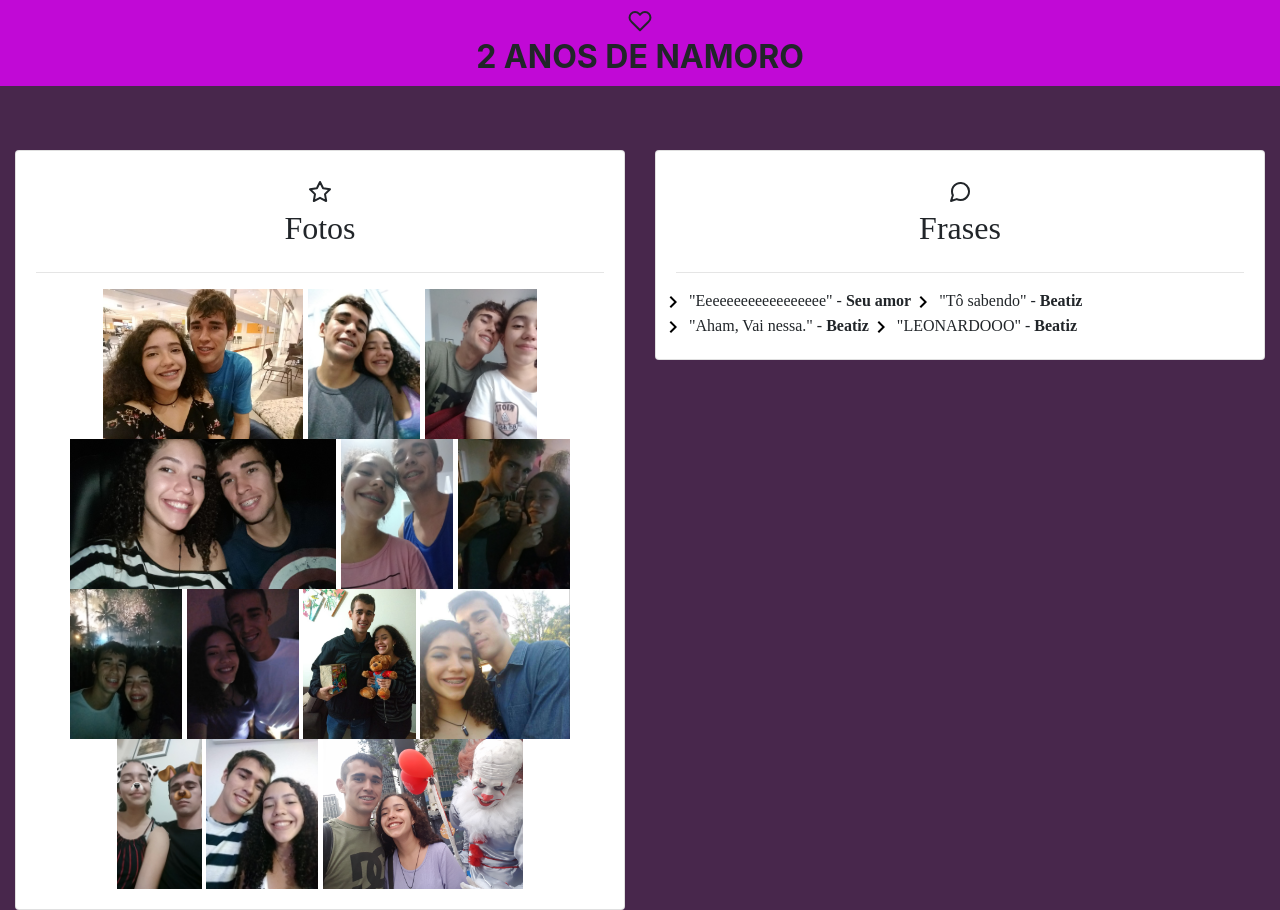
Repository: MeuAmor/meuamor.github.io
Page: index.html
These files come from the project's save history. The page is drawn as it stood at one moment and after the next save; the edit follows.
The browser window is 1280 px wide. The pictures show the whole page.

Above is the page before, as saved 2019-08-20 23:21:31.

### index.html
<!DOCTYPE html>
<html lang="pt">
<head>
  <title>2 ANOS</title>
  <meta charset="utf-8">
  <meta name="viewport" content="width=device-width, initial-scale=1">
  <link rel="stylesheet" href="assets/css/bootstrap4.1/bootstrap.min.css">
  <script src="assets/js/jquery.3.3.1.min.js"></script>
  <script src="assets/js/bootstrap4.1/popper.min.js"></script>
	<script src="assets/js/bootstrap4.1/bootstrap.min.js"></script>
	<!-- <style>
			hr {
				margin-top: 1rem;
				margin-bottom: 1rem;
				border: 5;
				border-top: 1px solid rgba(0, 0, 0, 0.1);
			}
		</style> -->
</head>
<body class="container-fluid">


	<div class="row" style="background:#c109d6">
		<div class="col-md-12 text-left">
			<h2>
                <!-- <svg xmlns="http://www.w3.org/2000/svg" width="24" height="24" viewBox="0 0 24 24" fill="none" stroke="currentColor"
                        stroke-width="2" stroke-linecap="round" stroke-linejoin="round" class="feather feather-heart">
                    <path d="M20.84 4.61a5.5 5.5 0 0 0-7.78 0L12 5.67l-1.06-1.06a5.5 5.5 0 0 0-7.78 7.78l1.06 1.06L12 21.23l7.78-7.78 1.06-1.06a5.5 5.5 0 0 0 0-7.78z"/>
                </svg> -->
                <div class="text-center">

                    <svg xmlns="http://www.w3.org/2000/svg" width="24" height="24" viewBox="0 0 24 24" fill="none" stroke="currentColor"
                            stroke-width="2" stroke-linecap="round" stroke-linejoin="round" class="feather feather-heart">
                        <path d="M20.84 4.61a5.5 5.5 0 0 0-7.78 0L12 5.67l-1.06-1.06a5.5 5.5 0 0 0-7.78 7.78l1.06 1.06L12 21.23l7.78-7.78 1.06-1.06a5.5 5.5 0 0 0 0-7.78z"/>
                    </svg>
                </div>
                <div class="text-center" >

                    <b>2 ANOS DE NAMORO </b>
                </div>
            </h2>
		</div>
		<div class="col-md-6 " id="redes_sociais">
			<!-- <a style="margin:10px;" class="btn btn-info btn-xs float-right" href="http://www.linkedin.com/in/leonardo-bernardes-da-silva-a8869b132">
				<svg xmlns="http://www.w3.org/2000/svg" width="24" height="24" viewBox="0 0 24 24" fill="none" stroke="currentColor" stroke-width="2" stroke-linecap="round" stroke-linejoin="round" class="feather feather-linkedin">
					<path d="M16 8a6 6 0 0 1 6 6v7h-4v-7a2 2 0 0 0-2-2 2 2 0 0 0-2 2v7h-4v-7a6 6 0 0 1 6-6z"></path><rect x="2" y="9" width="4" height="12"></rect>
					<circle cx="4" cy="4" r="2"></circle></svg>	LinkedIn</a>
				<a style="margin:10px;" class="btn btn-primary btn-xs float-right" href="http://www.facebook.com/lezinho.bernardes">
					<svg xmlns="http://www.w3.org/2000/svg" width="24" height="24" viewBox="0 0 24 24" fill="none" stroke="currentColor" stroke-width="2" stroke-linecap="round" stroke-linejoin="round" class="feather feather-facebook">
						<path d="M18 2h-3a5 5 0 0 0-5 5v3H7v4h3v8h4v-8h3l1-4h-4V7a1 1 0 0 1 1-1h3z"></path>
					</svg>
					LinkedIn
				</a>  -->
		</div>


</div>
<div class="row" style="background:#48274c;min-height: 500px;">

	<!-- <hr> -->
	<!-- <p style="margin: 10px;">
		<a class="btn btn-dark" data-toggle="collapse" href="#multiCollapseExample1" role="button" aria-expanded="false" aria-controls="multiCollapseExample1">Toggle first element</a>
		<button class="btn btn-dark" type="button" data-toggle="collapse" data-target="#multiCollapseExample2" aria-expanded="false" aria-controls="multiCollapseExample2">Toggle second element</button>
		<button class="btn btn-dark" type="button" data-toggle="collapse" data-target=".multi-collapse" aria-expanded="false" aria-controls="multiCollapseExample1 multiCollapseExample2">Toggle both elements</button> -->
	<!-- </p> -->


	<div class="col-md-6" style="margin-top: 5%;">
		<div class="card card-body">
            <h2>
                <div class="text-center">

                    <svg xmlns="http://www.w3.org/2000/svg" width="24" height="24" viewBox="0 0 24 24"
                        fill="none" stroke="currentColor" stroke-width="2" stroke-linecap="round" stroke-linejoin="round"
                        class="feather feather-star">
                        <polygon points="12 2 15.09 8.26 22 9.27 17 14.14 18.18 21.02 12 17.77 5.82 21.02 7 14.14 2 9.27 8.91 8.26 12 2"/>
                    </svg>
                </div>
                <div class="text-center" style="font-family: 'Times New Roman', Times, serif">

                    Fotos
                </div>
            </h2>
            <hr>
            <div>

                <!-- <svg xmlns="http://www.w3.org/2000/svg" width="24" height="24" viewBox="0 0 24 24">
                    <path d="M8.59 16.59L13.17 12 8.59 7.41 10 6l6 6-6 6-1.41-1.41z"/>
                    <path fill="none" d="M0 0h24v24H0V0z"/>
                </svg>
                Primeira foto juntos<br> -->
                <div class="text-center">
                    <img src="imagens/primeira_foto.jpg" alt="Primeira Foto" height="150px;">
                    <img src="imagens/terceira_foto.jpg" alt="Terceira Foto" height="150px;">
                    <img src="imagens/quarta_foto.jpg" alt="Quarta Foto" height="150px;">
                    <img src="imagens/2.jpg" alt="" height="150px;">
                    <img src="imagens/3.jpg" alt="" height="150px;">
                    <img src="imagens/4.jpg" alt="" height="150px;">
                    <img src="imagens/segunda_foto.jpg" alt="Segunda Foto" height="150px;">
                    <img src="imagens/5.jpg" alt="" height="150px;">
                    <img src="imagens/6.jpg" alt="" height="150px;">
                    <img src="imagens/7.jpg" alt="" height="150px;">
                    <img src="imagens/8.jpg" alt="" height="150px;">
                    <img src="imagens/10.jpg" alt="" height="150px;">
                    <img src="imagens/9.jpg" alt="" height="150px;">
                </div>
            </div>
		</div>
	</div>
	<div class="col-md-6" style="margin-top: 5%;margin-bottom: 5%;">
		<div class="card card-body">
            <h2 style="text-align:center;">
                <div class="text-center">

                    <svg xmlns="http://www.w3.org/2000/svg" width="24" height="24" viewBox="0 0 24 24" fill="none" stroke="currentColor" stroke-width="2" stroke-linecap="round" stroke-linejoin="round" class="feather feather-message-circle">
                    <path d="M21 11.5a8.38 8.38 0 0 1-.9 3.8 8.5 8.5 0 0 1-7.6 4.7 8.38 8.38 0 0 1-3.8-.9L3 21l1.9-5.7a8.38 8.38 0 0 1-.9-3.8 8.5 8.5 0 0 1 4.7-7.6 8.38 8.38 0 0 1 3.8-.9h.5a8.48 8.48 0 0 1 8 8v.5z"/></svg>
                </div>
                <div class="text-center" style="font-family: 'Times New Roman', Times, serif">
                    Frases
                </div>
            </h2>
			<hr>
            <div class="row" style="font-family: 'Times New Roman', Times, serif">
                    <div>

                        <svg xmlns="http://www.w3.org/2000/svg" width="24" height="24" viewBox="0 0 24 24">
                            <path d="M8.59 16.59L13.17 12 8.59 7.41 10 6l6 6-6 6-1.41-1.41z"/>
                            <path fill="none" d="M0 0h24v24H0V0z"/>
                        </svg>
                        "Eeeeeeeeeeeeeeeeee" - <b> Seu amor</b>
                    </div>
                    <div>
                        <svg xmlns="http://www.w3.org/2000/svg" width="24" height="24" viewBox="0 0 24 24">
                            <path d="M8.59 16.59L13.17 12 8.59 7.41 10 6l6 6-6 6-1.41-1.41z"/>
                            <path fill="none" d="M0 0h24v24H0V0z"/>
                        </svg>
                        "Tô sabendo" - <b>Beatiz </b><br>

                    </div>
                    <div>
                        <svg xmlns="http://www.w3.org/2000/svg" width="24" height="24" viewBox="0 0 24 24">
                            <path d="M8.59 16.59L13.17 12 8.59 7.41 10 6l6 6-6 6-1.41-1.41z"/>
                            <path fill="none" d="M0 0h24v24H0V0z"/>
                        </svg>
                        "Aham, Vai nessa." - <b>Beatiz </b><br>

                    </div>
                    <div>
                        <svg xmlns="http://www.w3.org/2000/svg" width="24" height="24" viewBox="0 0 24 24">
                            <path d="M8.59 16.59L13.17 12 8.59 7.41 10 6l6 6-6 6-1.41-1.41z"/>
                            <path fill="none" d="M0 0h24v24H0V0z"/>
                        </svg>
                        "LEONARDOOO" - <b>Beatiz </b><br>
                    </div>
            </div>
        </div>

	</div>

</div>
</body>
</html>

Loaded but not shown: assets/css/bootstrap4.1/bootstrap.min.css (library); assets/js/jquery.3.3.1.min.js (library); assets/js/bootstrap4.1/popper.min.js (library); assets/js/bootstrap4.1/bootstrap.min.js (library)

After the next save:
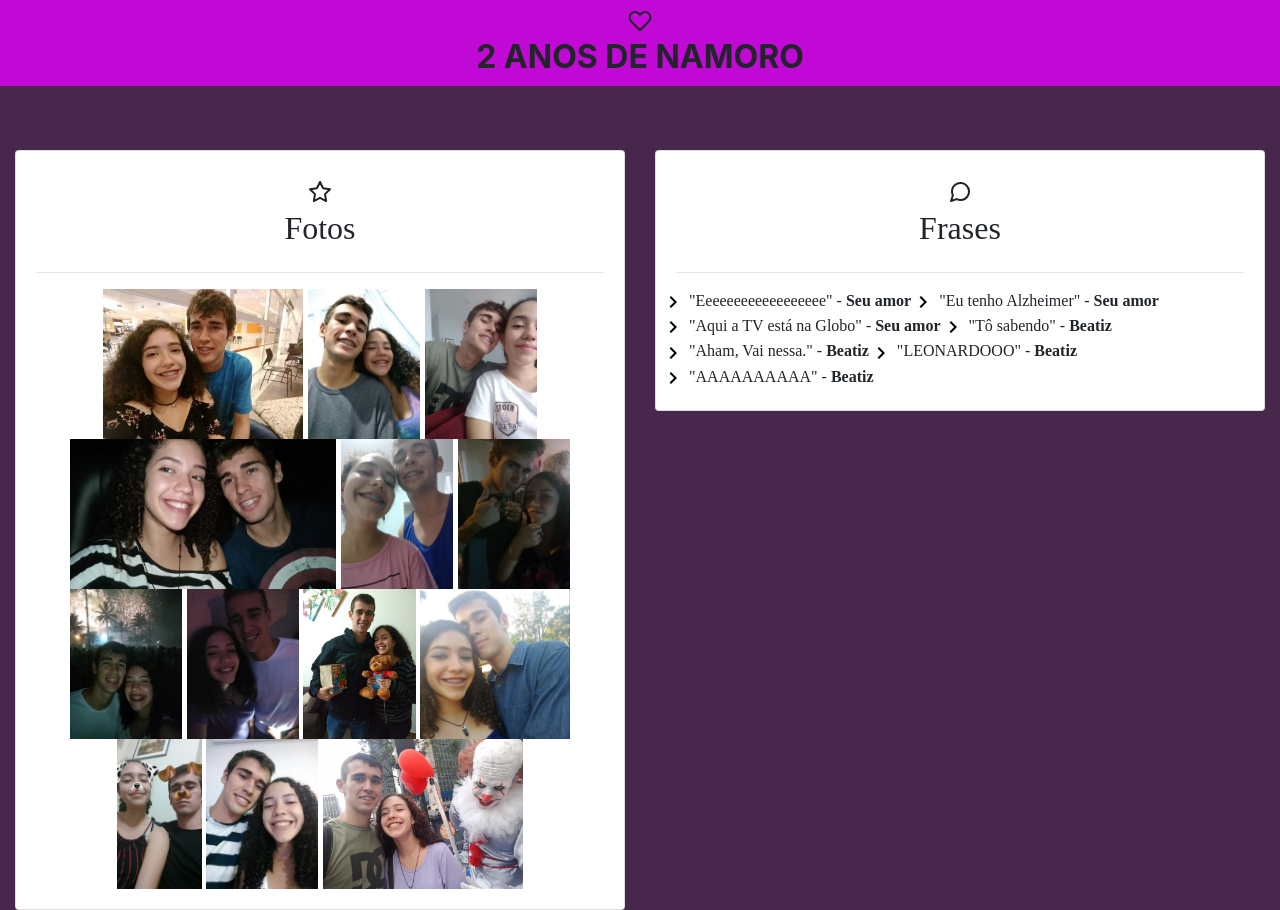
Saved 7 min 16 s later.
--- a/index.html
+++ b/index.html
@@ -122,12 +122,25 @@
 			<hr>
             <div class="row" style="font-family: 'Times New Roman', Times, serif">
                     <div>
-
                         <svg xmlns="http://www.w3.org/2000/svg" width="24" height="24" viewBox="0 0 24 24">
                             <path d="M8.59 16.59L13.17 12 8.59 7.41 10 6l6 6-6 6-1.41-1.41z"/>
                             <path fill="none" d="M0 0h24v24H0V0z"/>
                         </svg>
                         "Eeeeeeeeeeeeeeeeee" - <b> Seu amor</b>
+                    </div>
+                    <div>
+                        <svg xmlns="http://www.w3.org/2000/svg" width="24" height="24" viewBox="0 0 24 24">
+                            <path d="M8.59 16.59L13.17 12 8.59 7.41 10 6l6 6-6 6-1.41-1.41z"/>
+                            <path fill="none" d="M0 0h24v24H0V0z"/>
+                        </svg>
+                        "Eu tenho Alzheimer" - <b> Seu amor</b>
+                    </div>
+                    <div>
+                        <svg xmlns="http://www.w3.org/2000/svg" width="24" height="24" viewBox="0 0 24 24">
+                            <path d="M8.59 16.59L13.17 12 8.59 7.41 10 6l6 6-6 6-1.41-1.41z"/>
+                            <path fill="none" d="M0 0h24v24H0V0z"/>
+                        </svg>
+                        "Aqui a TV está na Globo" - <b> Seu amor</b>
                     </div>
                     <div>
                         <svg xmlns="http://www.w3.org/2000/svg" width="24" height="24" viewBox="0 0 24 24">
@@ -152,6 +165,13 @@
                         </svg>
                         "LEONARDOOO" - <b>Beatiz </b><br>
                     </div>
+                    <div>
+                        <svg xmlns="http://www.w3.org/2000/svg" width="24" height="24" viewBox="0 0 24 24">
+                            <path d="M8.59 16.59L13.17 12 8.59 7.41 10 6l6 6-6 6-1.41-1.41z"/>
+                            <path fill="none" d="M0 0h24v24H0V0z"/>
+                        </svg>
+                        "AAAAAAAAAA" - <b>Beatiz </b><br>
+                    </div>
             </div>
         </div>
 
